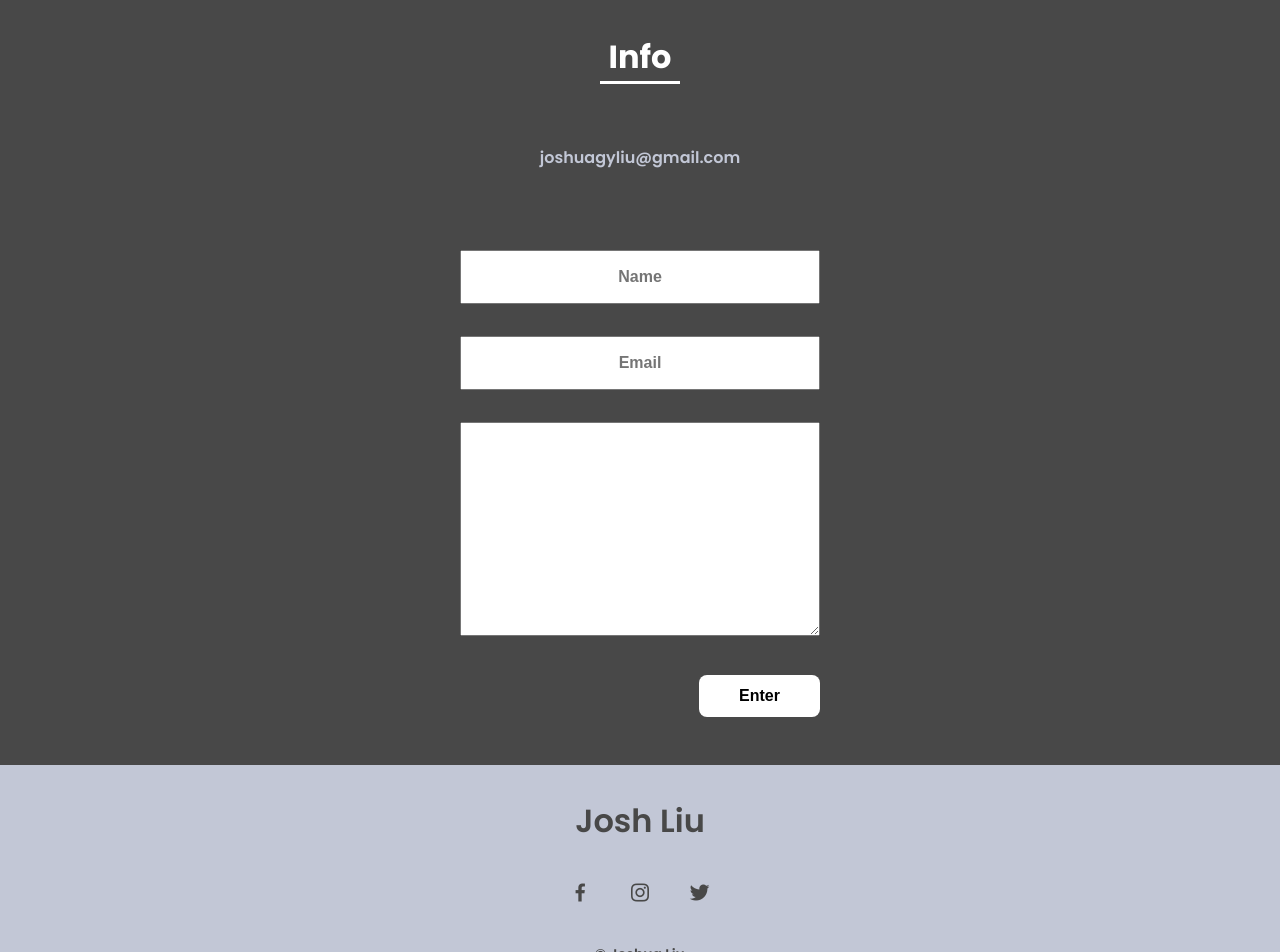
Repository: joshliu14/joshliu14.github.io
Page: index.html
The author's editor kept a copy of each file at every save. The page is drawn from the files as they stood at one save, then again after the next save.
The browser window is 1280 px wide. The pictures show the part of the page from y = 2604 to 3556 px (the page is 3611 px tall before and 3102 px after).
A picture or video elsewhere on the page could not be fetched, so the positions and the page height are approximate.

Above is the page before, as saved 2024-01-31 23:27:11.

### index.html
<!DOCTYPE html>
<html lang="en">
  <head>
    <meta charset="UTF-8" />
    <meta name="viewport" content="width=device-width, initial-scale=1.0" />

    <link rel="stylesheet" href="assets/css/web.css" />

    <!-- =====BOX ICONS===== -->
    <link
      href="https://cdn.jsdelivr.net/npm/boxicons@2.0.5/css/boxicons.min.css"
      rel="stylesheet"
    />

    <title>Portfolio website complete</title>
  </head>
  <body>
    <!--===== HEADER =====-->
    <header class="l-header">
      <nav class="nav bd-grid">
        <div>
          <a href="#" class="nav__logo">Joshua Liu</a>
        </div>

        <div class="nav__menu" id="nav-menu">
          <ul class="nav__list">
            <li class="nav__item">
              <a href="#home" class="nav__link active-link">Home</a>
            </li>
            <li class="nav__item">
              <a href="#about" class="nav__link">About</a>
            </li>
            <li class="nav__item">
              <a href="#skills" class="nav__link">Skills</a>
            </li>
            <li class="nav__item">
              <a href="#work" class="nav__link">Experience</a>
            </li>
            <li class="nav__item">
              <a href="#contact" class="nav__link">Info</a>
            </li>
          </ul>
        </div>

        <div class="nav__toggle" id="nav-toggle">
          <i class="bx bx-menu"></i>
        </div>
      </nav>
    </header>

    <main class="l-main">
      <!--===== HOME =====-->
      <section class="home bd-grid" id="home">
        <div class="home__data">
          <h1 class="home__title">
            Hi,<br />I'm <span class="home__title-color">Josh</span><br />
          </h1>

          <a href="resume.pdf" class="button">Resume</a>
        </div>

        <div class="home__social">
          <a
            href="https://www.linkedin.com/in/joshua-liu-727847208/"
            class="home__social-icon"
            ><i class="bx bxl-linkedin"></i
          ></a>
          <a href="" class="home__social-icon"
            ><i class="bx bxl-behance"></i
          ></a>
          <a href="https://github.com/joshliu14" class="home__social-icon"
            ><i class="bx bxl-github"></i
          ></a>
        </div>

        <div class="home__img">
          <svg
            class="home__blob"
            viewBox="0 0 479 467"
            xmlns="http://www.w3.org/2000/svg"
            xmlns:xlink="http://www.w3.org/1999/xlink"
          >
            <mask id="mask0" mask-type="alpha">
              <path
                d="M9.19024 145.964C34.0253 76.5814 114.865 54.7299 184.111 29.4823C245.804 6.98884 311.86 -14.9503 370.735 14.143C431.207 44.026 467.948 107.508 477.191 174.311C485.897 237.229 454.931 294.377 416.506 344.954C373.74 401.245 326.068 462.801 255.442 466.189C179.416 469.835 111.552 422.137 65.1576 361.805C17.4835 299.81 -17.1617 219.583 9.19024 145.964Z"
              />
            </mask>
            <g mask="url(#mask0)">
              <path
                d="M9.19024 145.964C34.0253 76.5814 114.865 54.7299 184.111 29.4823C245.804 6.98884 311.86 -14.9503 370.735 14.143C431.207 44.026 467.948 107.508 477.191 174.311C485.897 237.229 454.931 294.377 416.506 344.954C373.74 401.245 326.068 462.801 255.442 466.189C179.416 469.835 111.552 422.137 65.1576 361.805C17.4835 299.81 -17.1617 219.583 9.19024 145.964Z"
              />
              <defs>
                <clipPath id="circleClip">
                  <circle cx="230" cy="240" r="180" />
                </clipPath>
              </defs>
              <image
                class="home__blob-img"
                x="50"
                y="60"
                href="assets/img/profile.jpeg"
                clip-path="url(#circleClip)"
              />
            </g>
          </svg>
        </div>
      </section>

      <!--===== ABOUT =====-->
      <section class="about section" id="about">
        <h2 class="section-title">About</h2>

        <div class="about__container bd-grid">
          <div class="about__img">
            <img src="assets/img/about.jpg" alt="" />
          </div>

          <div>
            <h2 class="about__subtitle">I'am Marlon</h2>
            <p class="about__text">
              Lorem, ipsum dolor sit amet consectetur adipisicing elit.
              Voluptate cum expedita quo culpa tempora, assumenda, quis fugiat
              ut voluptates soluta, aut earum nemo recusandae cumque
              perferendis! Recusandae alias accusamus atque.
            </p>
          </div>
        </div>
      </section>

      <!--===== SKILLS =====-->
      <section class="skills section" id="skills">
        <h2 class="section-title">Skills</h2>

        <div class="skills__container bd-grid">
          <div>
            <h2 class="skills__subtitle">Profesional Skills</h2>
            <p class="skills__text">
              Lorem ipsum dolor sit, amet consectetur adipisicing elit. Velit
              optio id vero amet, alias architecto consectetur error eum eaque
              sit.
            </p>
            <div class="skills__data">
              <div class="skills__names">
                <i class="bx bxl-html5 skills__icon"></i>
                <span class="skills__name">HTML5</span>
              </div>
              <div class="skills__bar skills__html"></div>
              <div>
                <span class="skills__percentage">95%</span>
              </div>
            </div>
            <div class="skills__data">
              <div class="skills__names">
                <i class="bx bxl-css3 skills__icon"></i>
                <span class="skills__name">CSS3</span>
              </div>
              <div class="skills__bar skills__css"></div>
              <div>
                <span class="skills__percentage">85%</span>
              </div>
            </div>
            <div class="skills__data">
              <div class="skills__names">
                <i class="bx bxl-javascript skills__icon"></i>
                <span class="skills__name">JAVASCRIPT</span>
              </div>
              <div class="skills__bar skills__js"></div>
              <div>
                <span class="skills__percentage">65%</span>
              </div>
            </div>
            <div class="skills__data">
              <div class="skills__names">
                <i class="bx bxs-paint skills__icon"></i>
                <span class="skills__name">UX/UI</span>
              </div>
              <div class="skills__bar skills__ux"></div>
              <div>
                <span class="skills__percentage">85%</span>
              </div>
            </div>
          </div>

          <div>
            <img src="assets/img/work3.jpg" alt="" class="skills__img" />
          </div>
        </div>
      </section>

      <!--===== WORK =====-->
      <section class="work section" id="work">
        <h2 class="section-title">Work</h2>

        <div class="work__container bd-grid">
          <a href="" class="work__img">
            <img src="assets/img/work1.jpg" alt="" />
          </a>
          <a href="" class="work__img">
            <img src="assets/img/work2.jpg" alt="" />
          </a>
          <a href="" class="work__img">
            <img src="assets/img/work3.jpg" alt="" />
          </a>
          <a href="" class="work__img">
            <img src="assets/img/work4.jpg" alt="" />
          </a>
          <a href="" class="work__img">
            <img src="assets/img/work5.jpg" alt="" />
          </a>
          <a href="" class="work__img">
            <img src="assets/img/work6.jpg" alt="" />
          </a>
        </div>
      </section>

      <!--===== CONTACT =====-->
      <section class="contact section" id="contact">
        <h2 class="section-title">Info</h2>
        <h1 class="contact__input">joshuagyliu@gmail.com</h1>
        <div class="contact__container bd-grid">
          <form action="" class="contact__form">
            <input type="text" placeholder="Name" class="contact__input" />
            <input type="mail" placeholder="Email" class="contact__input" />
            <textarea
              name=""
              id=""
              cols="0"
              rows="10"
              class="contact__input"
            ></textarea>
            <input type="button" value="Enter" class="contact__button button" />
          </form>
        </div>
      </section>
    </main>

    <!--===== FOOTER =====-->
    <footer class="footer">
      <p class="footer__title">Josh Liu</p>
      <div class="footer__social">
        <a href="#" class="footer__icon"><i class="bx bxl-facebook"></i></a>
        <a href="#" class="footer__icon"><i class="bx bxl-instagram"></i></a>
        <a href="#" class="footer__icon"><i class="bx bxl-twitter"></i></a>
      </div>
      <p class="footer__copy">&#169; Joshua Liu</p>
    </footer>

    <!--===== SCROLL REVEAL =====-->
    <script src="https://unpkg.com/scrollreveal"></script>

    <!--===== MAIN JS =====-->
    <script src="assets/js/main.js"></script>
  </body>
</html>

### assets/css/web.css
/*===== GOOGLE FONTS =====*/
@import url("https://fonts.googleapis.com/css2?family=Poppins:wght@400;600;700&display=swap");
/*===== VARIABLES CSS =====*/
:root {
  --header-height: 3rem;
  --font-semi: 600;
  /*===== Colores =====*/
  /*Purple 260 - Red 355 - Blue 224 - Pink 340*/
  /* HSL color mode */
  --hue-color: 224;
  --first-color: hsl(var(--hue-color), 0%, 100%);
  --second-color: hsl(var(--hue-color), 20%, 80%);
  /*===== Fuente y tipografia =====*/
  --body-font: "Poppins", sans-serif;
  --big-font-size: 2rem;
  --h2-font-size: 1.25rem;
  --normal-font-size: 0.938rem;
  --smaller-font-size: 0.75rem;
  /*===== Margenes =====*/
  --mb-2: 1rem;
  --mb-4: 2rem;
  --mb-5: 2.5rem;
  --mb-6: 3rem;
  /*===== z index =====*/
  --z-back: -10;
  --z-fixed: 100;
}
@media screen and (min-width: 968px) {
  :root {
    --big-font-size: 3.5rem;
    --h2-font-size: 2rem;
    --normal-font-size: 1rem;
    --smaller-font-size: 0.875rem;
  }
}

/*===== BASE =====*/
*,
::before,
::after {
  box-sizing: border-box;
}

html {
  scroll-behavior: smooth;
}

body {
  margin: var(--header-height) 0 0 0;
  font-family: var(--body-font);
  font-size: var(--normal-font-size);
  color: var(--second-color);
  background-color: #484848;
}

h1,
h2,
p {
  margin: 0;
}

ul {
  margin: 0;
  padding: 0;
  list-style: none;
}

a {
  text-decoration: none;
}

img {
  max-width: 100%;
  height: auto;
  display: block;
}

/*===== CLASS CSS ===== */
.section-title {
  position: relative;
  font-size: var(--h2-font-size);
  color: var(--first-color);
  margin-top: var(--mb-2);
  margin-bottom: var(--mb-4);
  text-align: center;
}
.section-title::after {
  position: absolute;
  content: "";
  width: 64px;
  height: 0.18rem;
  left: 0;
  right: 0;
  margin: auto;
  top: 2rem;
  background-color: var(--first-color);
}

.section {
  padding-top: 3rem;
  padding-bottom: 2rem;
}

/*===== LAYOUT =====*/
.bd-grid {
  max-width: 1024px;
  display: grid;
  margin-left: var(--mb-2);
  margin-right: var(--mb-2);
}

.l-header {
  width: 100%;
  position: fixed;
  top: 0;
  left: 0;
  z-index: var(--z-fixed);
  background-color: #484848;
  box-shadow: 0 1px 4px rgba(146, 161, 176, 0.15);
}

/*===== NAV =====*/
.nav {
  height: var(--header-height);
  display: flex;
  justify-content: space-between;
  align-items: center;
  font-weight: var(--font-semi);
}
@media screen and (max-width: 767px) {
  .nav__menu {
    position: fixed;
    top: var(--header-height);
    right: -100%;
    width: 80%;
    height: 100%;
    padding: 2rem;
    background-color: var(--second-color);
    transition: 0.5s;
  }
}
.nav__item {
  margin-bottom: var(--mb-4);
}
.nav__link {
  position: relative;
  color: #fff;
}
.nav__link:hover {
  position: relative;
}
.nav__link:hover::after {
  position: absolute;
  content: "";
  width: 100%;
  height: 0.18rem;
  left: 0;
  top: 2rem;
  background-color: var(--first-color);
}
.nav__logo {
  color: var(--second-color);
}
.nav__toggle {
  color: var(--second-color);
  font-size: 1.5rem;
  cursor: pointer;
}

/*Active menu*/
.active-link::after {
  position: absolute;
  content: "";
  width: 100%;
  height: 0.18rem;
  left: 0;
  top: 2rem;
  background-color: var(--first-color);
}

/*=== Show menu ===*/
.show {
  right: 0;
}

/*===== HOME =====*/
.home {
  position: relative;
  row-gap: 5rem;
  padding: 4rem 0 5rem;
}
.home__data {
  align-self: center;
}
.home__title {
  font-size: var(--big-font-size);
  margin-bottom: var(--mb-5);
}
.home__title-color {
  color: var(--first-color);
}
.home__social {
  display: flex;
  flex-direction: column;
}
.home__social-icon {
  width: max-content;
  margin-bottom: var(--mb-2);
  font-size: 1.5rem;
  color: var(--second-color);
}
.home__social-icon:hover {
  color: var(--first-color);
}
.home__img {
  position: absolute;
  right: 0;
  bottom: 0;
  width: 260px;
}
.home__blob {
  fill: var(--first-color);
}
.home__blob-img {
  width: 360px;
  border-radius: 50%;
}

/*BUTTONS*/
.button {
  display: inline-block;
  background-color: var(--first-color);
  color: #000000;
  padding: 0.75rem 2.5rem;
  font-weight: var(--font-semi);
  border-radius: 0.5rem;
  transition: 0.3s;
}
.button:hover {
  box-shadow: 0px 10px 36px rgba(0, 0, 0, 0.15);
}

/* ===== ABOUT =====*/
.about__container {
  row-gap: 2rem;
  text-align: center;
}
.about__subtitle {
  margin-bottom: var(--mb-2);
}
.about__img {
  justify-self: center;
}
.about__img img {
  width: 200px;
  border-radius: 0.5rem;
}

/* ===== SKILLS =====*/
.skills__container {
  row-gap: 2rem;
  text-align: center;
}
.skills__subtitle {
  margin-bottom: var(--mb-2);
}
.skills__text {
  margin-bottom: var(--mb-4);
}
.skills__data {
  display: flex;
  justify-content: space-between;
  align-items: center;
  position: relative;
  font-weight: var(--font-semi);
  padding: 0.5rem 1rem;
  margin-bottom: var(--mb-4);
  border-radius: 0.5rem;
  box-shadow: 0px 4px 25px rgba(14, 36, 49, 0.15);
}
.skills__icon {
  font-size: 2rem;
  margin-right: var(--mb-2);
  color: var(--first-color);
}
.skills__names {
  display: flex;
  align-items: center;
}
.skills__bar {
  position: absolute;
  left: 0;
  bottom: 0;
  background-color: var(--first-color);
  height: 0.25rem;
  border-radius: 0.5rem;
  z-index: var(--z-back);
}
.skills__html {
  width: 95%;
}
.skills__css {
  width: 85%;
}
.skills__js {
  width: 65%;
}
.skills__ux {
  width: 85%;
}
.skills__img {
  border-radius: 0.5rem;
}

/* ===== WORK =====*/
.work__container {
  row-gap: 2rem;
}
.work__img {
  box-shadow: 0px 4px 25px rgba(14, 36, 49, 0.15);
  border-radius: 0.5rem;
  overflow: hidden;
}
.work__img img {
  transition: 1s;
}
.work__img img:hover {
  transform: scale(1.1);
}

/* ===== CONTACT =====*/
.contact__input {
  width: 100%;
  text-align: center;
  font-size: var(--normal-font-size);
  font-weight: var(--font-semi);
  padding: 1rem;
  margin-bottom: var(--mb-4);
}
.contact__button {
  display: block;
  border: none;
  outline: none;
  font-size: var(--normal-font-size);
  cursor: pointer;
  margin-left: auto;
}

/* ===== FOOTER =====*/
.footer {
  background-color: var(--second-color);
  color: #484848;
  text-align: center;
  font-weight: var(--font-semi);
  padding: 2rem 0;
}
.footer__title {
  font-size: 2rem;
  margin-bottom: var(--mb-4);
}
.footer__social {
  margin-bottom: var(--mb-4);
}
.footer__icon {
  font-size: 1.5rem;
  color: #484848;
  margin: 0 var(--mb-2);
}
.footer__copy {
  font-size: var(--smaller-font-size);
}

/* ===== MEDIA QUERIES=====*/
@media screen and (max-width: 320px) {
  .home {
    row-gap: 2rem;
  }
  .home__img {
    width: 200px;
  }
}
@media screen and (min-width: 576px) {
  .home {
    padding: 4rem 0 2rem;
  }
  .home__social {
    padding-top: 0;
    padding-bottom: 2.5rem;
    flex-direction: row;
    align-self: flex-end;
  }
  .home__social-icon {
    margin-bottom: 0;
    margin-right: var(--mb-4);
  }
  .home__img {
    width: 300px;
    bottom: 25%;
  }
  .about__container {
    grid-template-columns: repeat(2, 1fr);
    align-items: center;
    text-align: initial;
  }
  .skills__container {
    grid-template-columns: 0.7fr;
    justify-content: center;
    column-gap: 1rem;
  }
  .work__container {
    grid-template-columns: repeat(2, 1fr);
    column-gap: 2rem;
    padding-top: 2rem;
  }
  .contact__form {
    width: 360px;
    padding-top: 2rem;
  }
  .contact__container {
    justify-items: center;
  }
}
@media screen and (min-width: 768px) {
  body {
    margin: 0;
  }
  .section {
    padding-top: 4rem;
    padding-bottom: 3rem;
  }
  .section-title {
    margin-bottom: var(--mb-6);
  }
  .section-title::after {
    width: 80px;
    top: 3rem;
  }
  .nav {
    height: calc(var(--header-height) + 1.5rem);
  }
  .nav__list {
    display: flex;
    padding-top: 0;
  }
  .nav__item {
    margin-left: var(--mb-6);
    margin-bottom: 0;
  }
  .nav__toggle {
    display: none;
  }
  .nav__link {
    color: var(--second-color);
  }
  .home {
    padding: 8rem 0 2rem;
  }
  .home__img {
    width: 400px;
    bottom: 10%;
  }
  .about__container {
    padding-top: 2rem;
  }
  .about__img img {
    width: 300px;
  }
  .skills__container {
    grid-template-columns: repeat(2, 1fr);
    column-gap: 2rem;
    align-items: center;
    text-align: initial;
  }
  .work__container {
    grid-template-columns: repeat(3, 1fr);
    column-gap: 2rem;
  }
}
@media screen and (min-width: 992px) {
  .bd-grid {
    margin-left: auto;
    margin-right: auto;
  }
  .home {
    padding: 10rem 0 2rem;
  }
  .home__img {
    width: 450px;
  }
}

### assets/js/main.js
/*===== MENU SHOW =====*/
const showMenu = (toggleId, navId) => {
  const toggle = document.getElementById(toggleId),
    nav = document.getElementById(navId);

  if (toggle && nav) {
    toggle.addEventListener("click", () => {
      nav.classList.toggle("show");
    });
  }
};
showMenu("nav-toggle", "nav-menu");

/*==================== REMOVE MENU MOBILE ====================*/
const navLink = document.querySelectorAll(".nav__link");

function linkAction() {
  const navMenu = document.getElementById("nav-menu");
  // When we click on each nav__link, we remove the show-menu class
  navMenu.classList.remove("show");
}
navLink.forEach((n) => n.addEventListener("click", linkAction));

/*==================== SCROLL SECTIONS ACTIVE LINK ====================*/
const sections = document.querySelectorAll("section[id]");

const scrollActive = () => {
  const scrollDown = window.scrollY;

  sections.forEach((current) => {
    const sectionHeight = current.offsetHeight,
      sectionTop = current.offsetTop - 58,
      sectionId = current.getAttribute("id"),
      sectionsClass = document.querySelector(
        ".nav__menu a[href*=" + sectionId + "]"
      );

    if (scrollDown > sectionTop && scrollDown <= sectionTop + sectionHeight) {
      sectionsClass.classList.add("active-link");
    } else {
      sectionsClass.classList.remove("active-link");
    }
  });
};
window.addEventListener("scroll", scrollActive);

/*===== SCROLL REVEAL ANIMATION =====*/
const sr = ScrollReveal({
  origin: "top",
  distance: "60px",
  duration: 2000,
  delay: 200,
  //     reset: true
});

sr.reveal(".home__data, .about__img, .skills__subtitle, .skills__text", {});
sr.reveal(".home__img, .about__subtitle, .about__text, .skills__img", {
  delay: 400,
});
sr.reveal(".home__social-icon", { interval: 200 });
sr.reveal(".skills__data, .work__img, .contact__input", { interval: 200 });

After the next save:
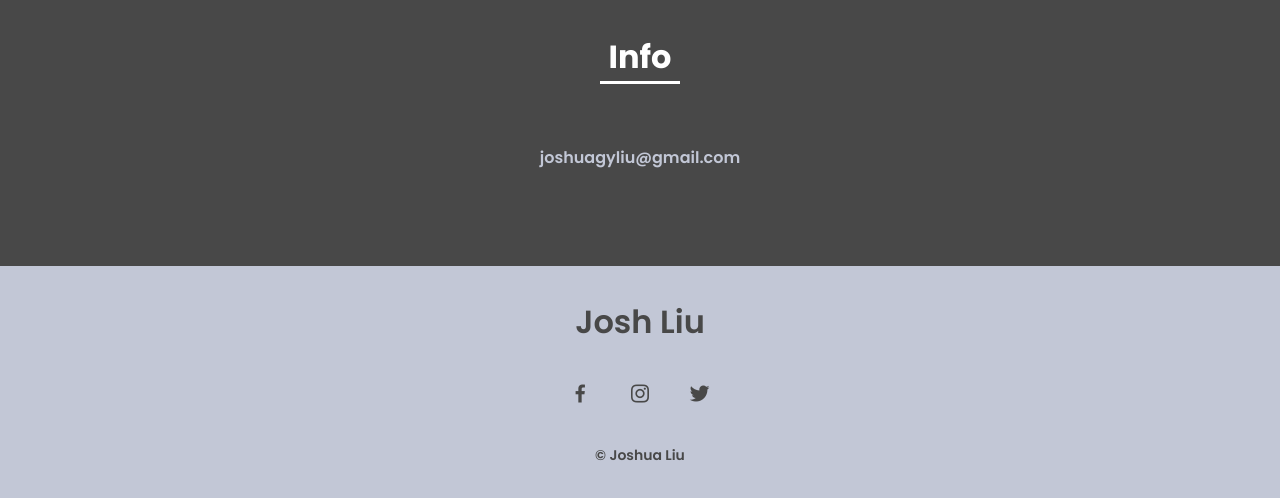
Saved 3 min 32 s later.
--- a/index.html
+++ b/index.html
@@ -217,20 +217,6 @@
       <section class="contact section" id="contact">
         <h2 class="section-title">Info</h2>
         <h1 class="contact__input">joshuagyliu@gmail.com</h1>
-        <div class="contact__container bd-grid">
-          <form action="" class="contact__form">
-            <input type="text" placeholder="Name" class="contact__input" />
-            <input type="mail" placeholder="Email" class="contact__input" />
-            <textarea
-              name=""
-              id=""
-              cols="0"
-              rows="10"
-              class="contact__input"
-            ></textarea>
-            <input type="button" value="Enter" class="contact__button button" />
-          </form>
-        </div>
       </section>
     </main>
 
